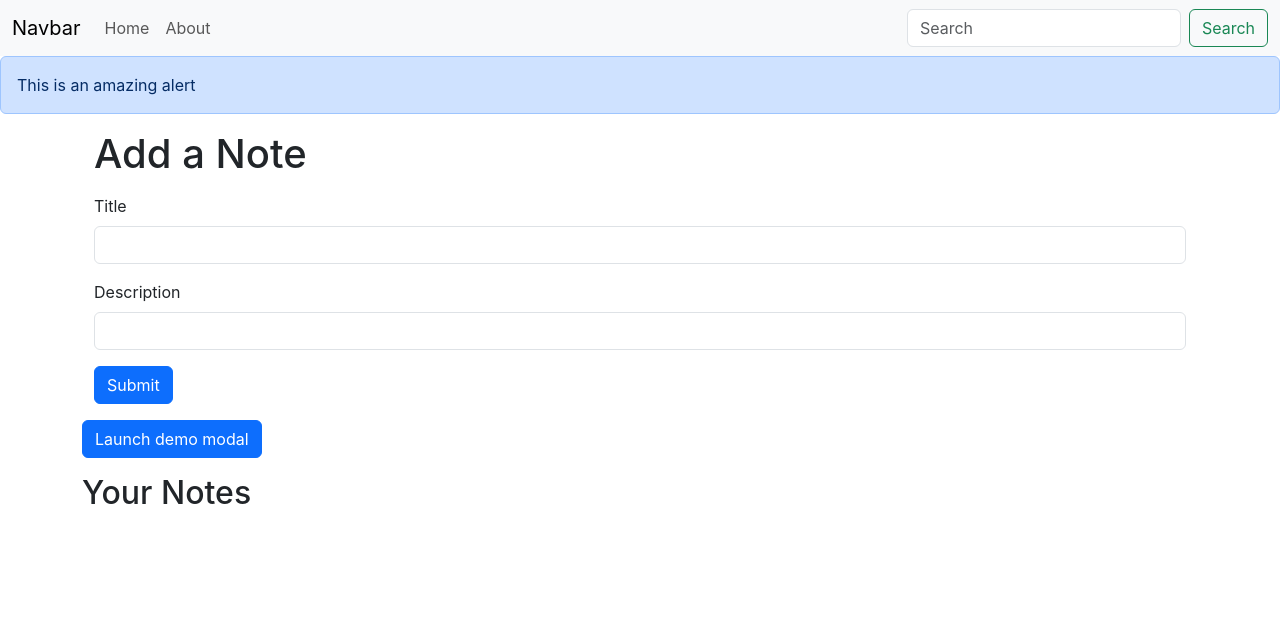
Repository: bhaveshdaipuria/inotebook
Page: /home
An editor plug-in stored every save of this project. The page is shown before and after the next save, followed by the edit.
The browser window is 1280 px wide. The pictures show the whole page.
The page's requests for data from a server got no answer. Some web libraries are served in a nearby version. The project was rebuilt for these pictures with package versions that can differ from the ones it lists, and the page was loaded fresh each time. No one was signed in, and anything a server would have sent is missing. Also part of the build but not shown: src/App.css, src/components/NoteItem.js, src/components/About.js.

Above is the page before, as saved 2023-05-04 17:20:43.

### public/index.html
<!DOCTYPE html>
<html lang="en">
  <head>
    <meta charset="utf-8" />
    <link rel="icon" href="%PUBLIC_URL%/favicon.ico" />
    <meta name="viewport" content="width=device-width, initial-scale=1" />
    <meta name="theme-color" content="#000000" />
    <meta
      name="description"
      content="Web site created using create-react-app"
    />
    <link rel="apple-touch-icon" href="%PUBLIC_URL%/logo192.png" />
    <link href="https://cdn.jsdelivr.net/npm/bootstrap@5.3.0-alpha3/dist/css/bootstrap.min.css" rel="stylesheet" integrity="sha384-KK94CHFLLe+nY2dmCWGMq91rCGa5gtU4mk92HdvYe+M/SXH301p5ILy+dN9+nJOZ" crossorigin="anonymous">
    <!--
      manifest.json provides metadata used when your web app is installed on a
      user's mobile device or desktop. See https://developers.google.com/web/fundamentals/web-app-manifest/
    -->
    <link rel="manifest" href="%PUBLIC_URL%/manifest.json" />
    <!--
      Notice the use of %PUBLIC_URL% in the tags above.
      It will be replaced with the URL of the `public` folder during the build.
      Only files inside the `public` folder can be referenced from the HTML.

      Unlike "/favicon.ico" or "favicon.ico", "%PUBLIC_URL%/favicon.ico" will
      work correctly both with client-side routing and a non-root public URL.
      Learn how to configure a non-root public URL by running `npm run build`.
    -->
    <title>iNotebook</title>
  </head>
  <body>
    <noscript>You need to enable JavaScript to run this app.</noscript>
    <div id="root"></div>
    <script src="https://kit.fontawesome.com/f3b880b74e.js" crossorigin="anonymous"></script>
    <!--
      This HTML file is a template.
      If you open it directly in the browser, you will see an empty page.

      You can add webfonts, meta tags, or analytics to this file.
      The build step will place the bundled scripts into the <body> tag.

      To begin the development, run `npm start` or `yarn start`.
      To create a production bundle, use `npm run build` or `yarn build`.
    -->
  </body>
  <script src="https://cdn.jsdelivr.net/npm/bootstrap@5.3.0-alpha3/dist/js/bootstrap.bundle.min.js" integrity="sha384-ENjdO4Dr2bkBIFxQpeoTz1HIcje39Wm4jDKdf19U8gI4ddQ3GYNS7NTKfAdVQSZe" crossorigin="anonymous"></script>
</html>

### src/App.js
import './App.css';
import Navbar from './components/Navbar';
import Home  from './components/Home';
import { BrowserRouter, Routes, Route } from 'react-router-dom';
import About from './components/About';
import NoteState from './context/notes/NoteState';
import Alert from './components/Alert';

function App() {
  return (
    <>
    <NoteState>
    <BrowserRouter>
    <Navbar/>
    <Alert message="This is an amazing alert"/>
    <div className='container'>
      <Routes>
      <Route exact path = '/home' element={<Home/>}/>
      <Route exact path = '/about' element={<About/>}/>
    </Routes>
    </div>
    </BrowserRouter>
    </NoteState>
    </>
  );
}

export default App;

### src/components/Navbar.js
import React, { useEffect } from "react";
import { Link, useLocation } from "react-router-dom";

function Navbar() {
  let location = useLocation();
  useEffect(()=>{
  }, [location]);
  return (
    <nav className="navbar navbar-expand-lg bg-body-tertiary">
      <div className="container-fluid">
        <Link className="navbar-brand" to="/">
          Navbar
        </Link>
        <button
          className="navbar-toggler"
          type="button"
          data-bs-toggle="collapse"
          data-bs-target="#navbarSupportedContent"
          _aria-controls="navbarSupportedContent"
          aria-expanded="false"
          aria-label="Toggle navigation"
        >
          <span className="navbar-toggler-icon"></span>
        </button>
        <div className="collapse navbar-collapse" id="navbarSupportedContent">
          <ul className="navbar-nav me-auto mb-2 mb-lg-0">
            <li className="nav-item">
              <Link className={`nav-link ${location.pathname === '/'?"active":""}`} aria-current="page" to="/home">
                Home
              </Link>
            </li>
            <li className="nav-item">
              <Link className={`nav-link ${location.pathname === '/about'?"active":""}`} to="/about">
                About
              </Link>
            </li>
          </ul>
          <form className="d-flex" role="search">
            <input
              className="form-control me-2"
              type="search"
              placeholder="Search"
              aria-label="Search"
            />
            <button className="btn btn-outline-success" type="submit">
              Search
            </button>
          </form>
        </div>
      </div>
    </nav>
  );
}

export default Navbar;

### src/components/Home.js
import React from "react";
import Notes from "./Notes";

function Home() {
  return (
    <div>
      <Notes/>
    </div>
  );
}

export default Home;

### src/context/notes/NoteState.js
import { json } from "react-router-dom";
import NoteContext from "./noteContext";
import { useState } from "react";

const  NoteState = ({children})=>{
  const host = 'http://localhost:9000'
    const notesInitial = []
      const [notes, setNotes] = useState(notesInitial);
      //Get notes
      const getNotes = async()=>{
        const response = await fetch(`${host}/api/notes/fetchallnotes/`, {
          method: 'GET',
          headers: {
            'Content-Type': 'application/json',
            'auth-token': 'eyJhbGciOiJIUzI1NiIsInR5cCI6IkpXVCJ9.eyJ1c2VyIjp7ImlkIjoiNjQ0ZjdkOTRlNjE3OTYxYTBlNjkwY2NjIn0sImlhdCI6MTY4MjkzMTA5Mn0.aha5DAd9kAFEpt6kiTIeYEcavl0bv6TrJYN4TCaER_g'
          }
        });
        const json = await response.json();
        setNotes(json);
      }

      //Delete a note
      const deleteNote = async(id)=>{
        const response = await fetch(`${host}/api/notes/deletenote/${id}`, {
          method: 'DELETE',
          headers: {
            'Content-Type': 'application/json',
            'auth-token': 'eyJhbGciOiJIUzI1NiIsInR5cCI6IkpXVCJ9.eyJ1c2VyIjp7ImlkIjoiNjQ0ZjdkOTRlNjE3OTYxYTBlNjkwY2NjIn0sImlhdCI6MTY4MjkzMTA5Mn0.aha5DAd9kAFEpt6kiTIeYEcavl0bv6TrJYN4TCaER_g'
          }
        })
        const json = await response.json();
        console.log(json);

        let newNotes = notes.filter((note)=>{return note.id !== id})
        setNotes(newNotes);
      }

      //Edit an existing note
      const editNote = async(id, title, description, tag)=>{
        const response = await fetch(`${host}/api/notes/updatenote/${id}`, {
          method: 'POST',
          headers: {
            'Content-Type': 'application/json',
            'auth-token': 'eyJhbGciOiJIUzI1NiIsInR5cCI6IkpXVCJ9.eyJ1c2VyIjp7ImlkIjoiNjQ0ZjdkOTRlNjE3OTYxYTBlNjkwY2NjIn0sImlhdCI6MTY4MjkzMTA5Mn0.aha5DAd9kAFEpt6kiTIeYEcavl0bv6TrJYN4TCaER_g'
          },
          body: JSON.stringify({title, description, tag})
        });

        const json = response.json();
        console.log(json);
        for(let index = 0; index<notes.length; index++){
          const element = notes[index];
          if(element._id === id)
          element.title = title;
          element.description = description;
          element.tag = tag;
        }
      }

    return(
        <NoteContext.Provider value={{notes, deleteNote, editNote, getNotes}}>
            {children}
        </NoteContext.Provider>
    )
}

export default NoteState;

### src/components/Alert.js
import React from "react";

function Alert({message}) {
  return (
    <div>
      <div className="alert alert-primary" role="alert">
        {message}
      </div>
    </div>
  );
}

export default Alert;

### src/components/Notes.js
import React, { useContext, useEffect, useRef } from "react";
import noteContext from "../context/notes/noteContext";
import NoteItem from "./NoteItem";
import AddNote from "./AddNote";

function Notes() {
  const context = useContext(noteContext);
  const { notes, getNotes } = context;
  useEffect(() => {
    getNotes();
  }, []);
  const ref = useRef(null);
  const updateNote = (note) => {
    ref.current.click();
  };
  return (
    <>
      <AddNote />
      <button
        type="button"
        ref={ref}
        className="btn btn-primary"
        data-bs-toggle="modal"
        data-bs-target="#exampleModal"
      >
        Launch demo modal
      </button>
      <div
        className="modal fade"
        id="exampleModal"
        tabIndex="-1"
        role="dialog"
        aria-labelledby="exampleModalLabel"
        ref={ref}
        aria-hidden="true"
      >
        <div className="modal-dialog" role="document">
          <div className="modal-content">
            <div className="modal-header">
              <h5 className="modal-title" id="exampleModalLabel">
                Edit Note
              </h5>
              <button
                type="button"
                className="close"
                data-bs-dismiss="modal"
                aria-label="Close"
              >
                <span aria-hidden="true">&times;</span>
              </button>
            </div>
            <div className="modal-body">...</div>
            <div className="modal-footer">
              <button
                type="button"
                className="btn btn-secondary"
                data-dismiss="modal"
              >
                Close
              </button>
              <button type="button" className="btn btn-primary">
                Save changes
              </button>
            </div>
          </div>
        </div>
      </div>
      <div className="row my-3">
        <h2>Your Notes</h2>
        {notes.map((note) => {
          return (
            <NoteItem note={note} updateNote={updateNote} key={note._id} />
          );
        })}
      </div>
    </>
  );
}

export default Notes;

### src/components/AddNote.js
import React, {useContext, useState} from "react";
import noteContext from "../context/notes/noteContext";

function AddNote() {
  const context = useContext(noteContext);
  const { addNote } = context;
  const [note, setNote] = useState({title: '', description: '', tag: 'default'})

  const handleClick = (e)=>{
    e.preventDefault();
    addNote(note.title, note.description, note.tag)
  }
  const onChange = (e)=>{
    setNote({...note, [e.target.name]: [e.target.value]})
  }
  return (
    <div className="container my-3">
      <h1>Add a Note</h1>
      <form className="my-3">
        <div className="mb-3">
          <label htmlFor="title" className="form-label">
            Title
          </label>
          <input
            type="text"
            className="form-control"
            id="title"
            name="title"
            aria-describedby="emailHelp"
            onChange={onChange}
          />
        </div>
        <div className="mb-3">
          <label htmlFor="description" className="form-label">
            Description
          </label>
          <input
            type="text"
            className="form-control"
            id="description"
            name="description"
            onChange={onChange}
          />
        </div>
        <button type="submit" className="btn btn-primary" onClick={handleClick}>
          Submit
        </button>
      </form>
    </div>
  );
}

export default AddNote;

Loaded but not shown: src/index.js (common file); src/index.css (common file); src/context/notes/noteContext.js (common file)

After the next save:
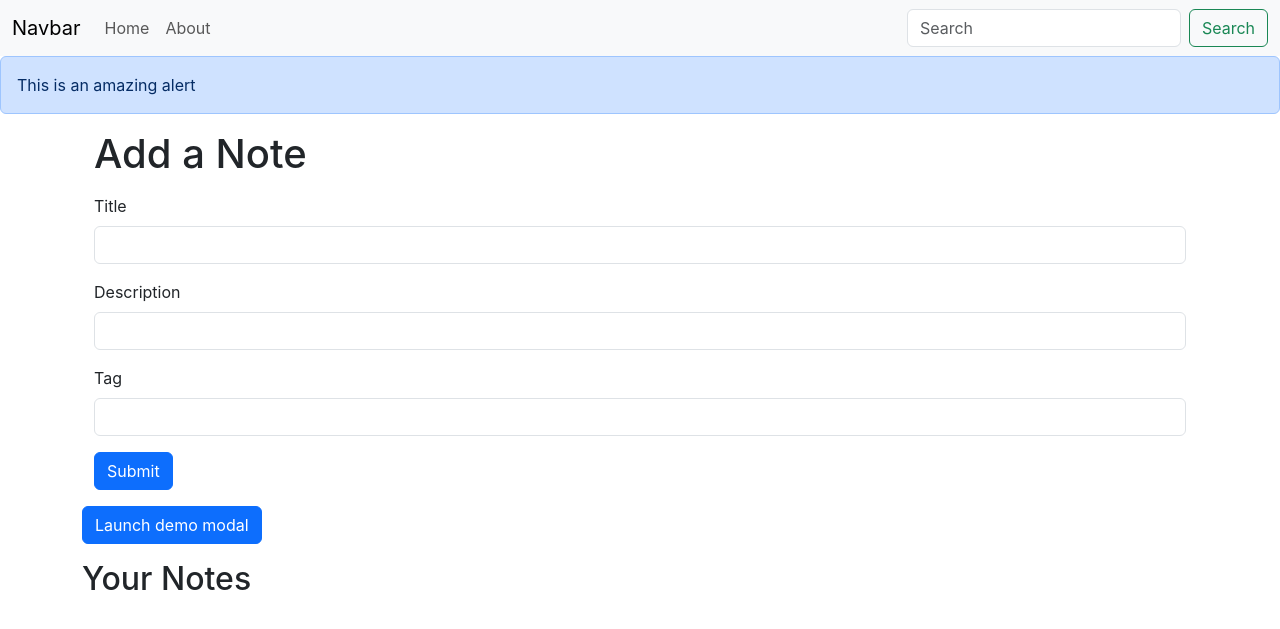
Saved 41 s later.
--- a/src/components/AddNote.js
+++ b/src/components/AddNote.js
@@ -42,6 +42,18 @@ function AddNote() {
             onChange={onChange}
           />
         </div>
+        <div className="mb-3">
+          <label htmlFor="tag" className="form-label">
+            Tag
+          </label>
+          <input
+            type="text"
+            className="form-control"
+            id="tag"
+            name="tag"
+            onChange={onChange}
+          />
+        </div>
         <button type="submit" className="btn btn-primary" onClick={handleClick}>
           Submit
         </button>
